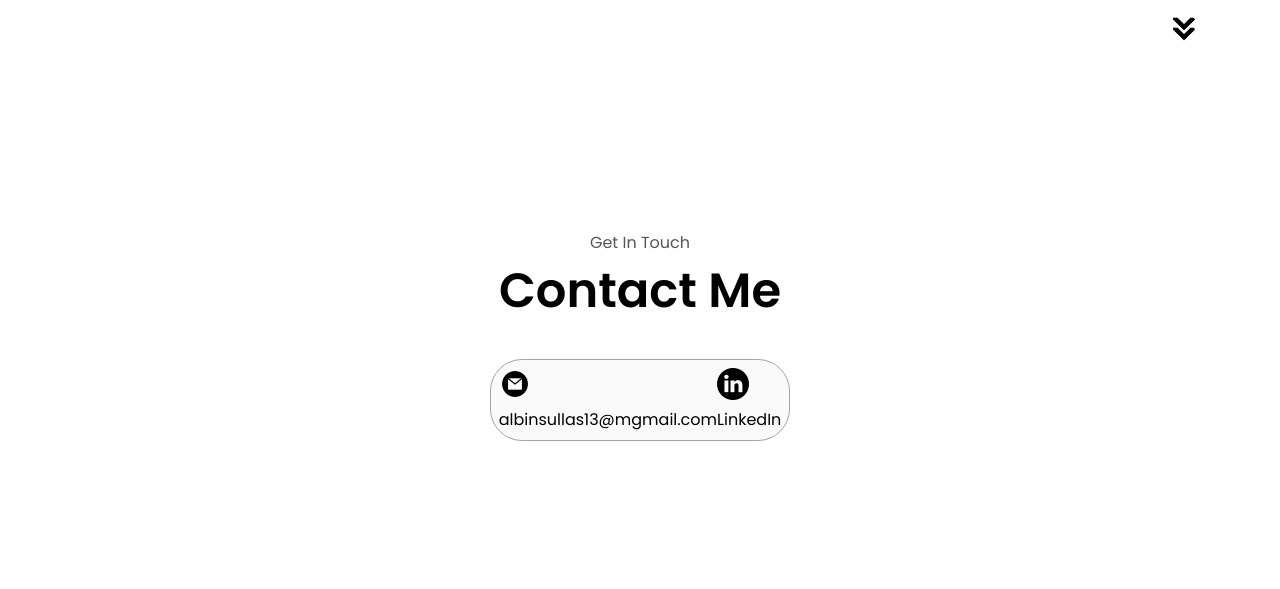
Repository: albinsabu2023/albinsabu
Page: index.html
These files come from the project's save history. The page is drawn as it stood at one moment and after the next save; the edit follows.
The browser window is 1280 px wide. The pictures show the part of the page from y = 2687 to 3276 px (the page is 3276 px tall).
A picture or video elsewhere on the page could not be fetched, so the positions and the page height are approximate.

Above is the page before, as saved 2023-08-30 13:52:16.

### index.html
<!DOCTYPE html>
<html lang="en">
<link>
    <meta charset="UTF-8">
    <meta name="viewport" content="width=device-width, initial-scale=1.0">
    <title>Albin Sabu</title>
    <link rel="stylesheet" href="style.css"/>
    <link rel="stylesheet" href="mediaqueries.css">
</head>
<body>
    <nav id="desktop-nav">
        <div class="logo">
            ALBIN SABU
        </div>
        <div>
            <ul class="nav-links">
                <li><a href="#about">About</a></li>
                <li><a href="#experience">Experience</a></li>
                <li><a href="#project">Project</a></li>
                <li><a href="#contact">Contact</a></li>
            </ul>
        </div>
    </nav>
    <nav id="hamburger-nav">
        <div clas="logo"> ALBIN SABU</div>
        <div class="hamburger-menu">
            <div class="hamburger-icon" onclick="toggleMenu()">
                <span></span>
                <span></span>
                <span></span>
            </div>
            <div class="menu-links">
                <li><a href="#about" onclick="toggleMenu()">About</a></li>
                <li><a href="#about" onclick="toggleMenu()">Experience</a></li>
                <li><a href="#about" onclick="toggleMenu()">Project</a></li>
                <li><a href="#about" onclick="toggleMenu()">Contact</a></li>
            </div>
        </div>
    </nav>
    <section id="profile">
        <div class="section__pic-container">
            <img src="./assets/Albin Sabu2.png" alt="profile-pic">
        </div>
        <div class="section__text">
            <p class="section__text__p1">Hello ,I'm</p>
            <h1 class="title">Albin Sabu</h1>
            <p class="section__text__p2">Software Developer</p>
            <div class="btn_container">
                <button class="btn btn-color-2" onclick="window.open('./assets/Albin sabu.pdf')">Download CV</button>
                <button class="btn btn-color-1" onclick="location.href='#contact'">Contact Info</button>
            </div>
            <div id="social-container">
                <img src="./assets/linkedin.png" alt="My Linkedin Profile" class="icon" onclick="location.href='https://www.linkedin.com/in/albin-sabu-377798230'">
                <img src="./assets/github.png" alt="My Github Profile" class="icon" onclick="location.href='https://github.com/albinsabu2023'">

            </div>
        </div>
    </section>
    <section id="about">
        <p class="section__text__p1">Get To Know More</p>
        <h1 class="title">About Me</h1>
        <div class="section-container">
            <div class="section__pic-container">
                <img src="./assets/ull.png" alt="profilepicture" class="about-pic">
            </div>
            <div class="about-details-container">
                <div class="about-container">
                    <div class="details-container">
                        <img src="./assets/experience.png" alt="experience icon" class="icon">
                        <h3>Experience</h3>
                        <p>Full Stack Developer</p>
                    </div>
                    <div class="details-container">
                        <img src="./assets/education.png" alt="experience icon" class="icon">
                        <h3>Education</h3>
                        <p>B.Tech in Computer Science</p>
                    </div>
                </div>
                <div class="text-container">
                    <p>Greetings! I'm Albin Sabu, a dedicated Fullstack developer and final year Computer Science Engineering student. Hailing
                    from the serene landscapes of Kottayam, Kerala, India, I'm driven by a love for learning, a passion for playing
                    football, and traveling. My skill set encompasses rapid learning, astute critical thinking, and adept
                    problem-solving.  I'm poised to create meaningful
                    contributions in the world of development.
                    </p>
                </div>
            </div>
        </div>
        <!-- onclick="locaiton.href='./#experience'" -->
       <img src="./assets/arrow.png" alt="arrow" class="icon arrow" >
    </section>
    <section id="experience">
        <p class="section__text__p1">Explore My</p>
        <h1 class="title">Experience</h1>
        <div class="experience-details-container">
            <div class="about-container">
                <div class="details-container">
                    <h2 class="experience-sub-title">FrontEnd</h2>
                    <div class="article-container">
                        <article>
                            <img src="./assets/checkmark.png" alt="experience-icon" class="icon">
                            <div>
                                <h3>HTML</h3>
                                <p>Experienced</p>
                            </div>
                        </article>
                        <article>
                            <img src="./assets/checkmark.png" alt="experience-icon" class="icon">
                            <div>
                                <h3>CSS</h3>
                                <p>Experienced</p>
                            </div>
                        </article>
                        <article>
                            <img src="./assets/checkmark.png" alt="experience-icon" class="icon">
                            <div>
                                <h3>Javascript</h3>
                                <p>Experienced</p>
                            </div>
                        </article>
                        <article>
                            <img src="./assets/checkmark.png" alt="experience-icon" class="icon">
                            <div>
                                <h3>Typescript</h3>
                                <p>Experienced</p>
                            </div>
                        </article>
                        <article>
                            <img src="./assets/checkmark.png" alt="experience-icon" class="icon">
                            <div>
                                <h3>NextJS</h3>
                                <p>Experienced</p>
                            </div>
                        </article>

                    </div>
                </div>
                <div class="details-container">
                    <h2 class="experience-sub-title">Backend</h2>
                    <div class="article-container">
                        <article>
                            <img src="./assets/checkmark.png" alt="experience-icon" class="icon">
                            <div>
                                <h3>Node.Js</h3>
                                <p>Experienced</p>
                            </div>
                        </article>
                        <article>
                            <img src="./assets/checkmark.png" alt="experience-icon" class="icon">
                            <div>
                                <h3>MongoDB</h3>
                                <p>Experienced</p>
                            </div>
                        </article>

                        <article>
                            <img src="./assets/checkmark.png" alt="experience-icon" class="icon">
                            <div>
                                <h3>Express.Js</h3>
                                <p>Intermediate</p>
                            </div>
                        </article>
                        <article>
                            <img src="./assets/checkmark.png" alt="experience-icon" class="icon">
                            <div>
                                <h3>Git</h3>
                                <p>Experienced</p>
                            </div>
                        </article>
                        <article>
                            <img src="./assets/checkmark.png" alt="experience-icon" class="icon">
                            <div>
                                <h3>firebase</h3>
                                <p>Experienced</p>
                            </div>
                        </article>

                    </div>
                </div>
            </div>
        </div>
        <img src="./assets/arrow.png" alt="arrow" class="icon arrow">
    </section>
    <section id="project">
        <p class="section__text__p1">Browse My Recent</p>
        <h1 class="title">Projects</h1>
        <div class="experience-details-container">
            <div class="about-container">
                <div class="details-container color-container">
                    <div class="article-container">
                        <img src="./assets/project-1.png" alt="project1" class="project-img">
                    </div>
                    <h2 class="experience-sub-title project-title" onclick="location.href=''">Project One</h2>
                    <div class="btn-container">
                        <button class="btn btn-color-2 project-btn">
                            Github
                        </button>

                    </div>
                </div>
                <div class="details-container color-container">
                    <div class="article-container">
                        <img src="./assets/project-2.png" alt="project1" class="project-img">
                    </div>
                    <h2 class="experience-sub-title project-title" onclick="location.href=''">Project Two</h2>
                    <div class="btn-container">
                        <button class="btn btn-color-2 project-btn">
                            Github
                        </button>

                    </div>
                </div>
                <div class="details-container color-container">
                    <div class="article-container">
                        <img src="./assets/project-3.png" alt="project1" class="project-img">
                    </div>
                    <h2 class="experience-sub-title project-title" onclick="location.href=''">Project Three</h2>
                    <div class="btn-container">
                        <button class="btn btn-color-2 project-btn">
                            Github
                        </button>

                    </div>
                </div>
            </div>
        </div>
        <img src="./assets/arrow.png" alt="arrow" class="icon arrow">
    </section >
    <section id="contact">
        <p class="section__text__p1">Get In Touch</p>
        <h1 class="title">Contact Me</h1>
        <div class="contact-info-upper-container">
            <div class="contact-info-container">
                <img src="./assets/email.png" alt="email icon" class="icon contact-icon">
                <p><a href="mailto:albinsullas13@gmail.com">albinsullas13@mgmail.com</a></p>
            </div>
            <div class="contact-info-container">
                <img src="./assets/linkedin.png" alt="linkdin icon" class="icon contact-icon">
                <p><a href="https://www.linkedin.com/in/albin-sabu-377798230">LinkedIn</a></p>
            </div>
        </div>


    </section>
    <script src="script.js"></script>
</body>
</html>

### style.css
@import url('https://fonts.googleapis.com/css2?family=Poppins:ital,wght@0,300;0,400;0,500;0,600;1,200;1,300;1,500;1,600&display=swap');

* {
    margin: 0;
    padding: 0;
}

body {
    font-family: 'Poppins', sans-serif;
}

html {
    scroll-behavior: smooth;
}

p {
    color: rgb(85, 85, 85);
}

a,
.btn {
    transition: all 300ms ease
}

/* Desktop navigation */
nav,
.nav-links {
    display: flex;

}

nav {
    justify-content: space-around;
    align-items: center;
    height: 17vh;

}

.nav-links {
    gap: 2rem;
    list-style: none;
    font-size: 1.5rem;
}
a{
    color:black;
    text-decoration: none;
    text-decoration-color: white;
}

a:hover{
    color:gray;
    text-decoration:underline;
    text-underline-offset:1rem ;
    text-decoration-color:rgb(181,181,181);
}

.logo{
    font-size:2rem;
}

#hamburger-nav{
    display:none;
}
.hamburger-menu{
    position: relative;
    display:inline-block;
}
.hamburger-icon{
    display: flex;
    flex-direction: column;
    justify-content: space-between;
    height: 24px;
    width: 30px;
    cursor: pointer;
}

.hamburger-icon span{
    width:100%;
    height: 2px;
    background-color: black;
    transition: all 0.3 ease-in-out;
}

.menu-links{
    position:absolute;
    top:100%;
    right:0%;

    width: fit-content;
    max-height: 0;
    overflow: hidden;
    transition: all 0.3 ease-in-out;
}

.menu-links{
    display: block;
    padding: 10px;
    text-align: center;
    font-size: 1.5rem;
    color: black;
    text-decoration: none;
    transform: all 0.3 ease-in-out;
}

.menu-links li{
    list-style: none;

}

.menu-links.open{
    max-height: 300px;
}

.hamburger-icon.open span:first-child{
    transform:rotate(45deg) translate(10px,5px);
}
.hamburger-icon.open span:nth-child(2){
   opacity:0;
}
.hamburger-icon.open span:last-child{
    transform:rotate(-45deg) translate(10px,-5px);
}

.hamburger-icon span:first-child{
    transform: none;
}
.hamburger-icon span:first-child{
    opacity:1;
}
.hamburger-icon span:first-child{
    transform: none;
}

section{
    padding-top:4vh ;
    height: 96vh;
    margin: 0 10rem;
    box-sizing: border-box;
    min-height: fit-content;
}

.section-container{
    display: flex;
}

#profile{
    display: flex;
    justify-content: center;
    gap: 5rem;
    height:  80vh;
}

.section__pic-container{
    display: flex;
    height: 400px;
    width: 400px;
    margin: auto 0;
}

.section__text{

    align-self:center;
    text-align: center;
}

.section__text p{
    font-weight: 600;
}
.section__text__p1{
    text-align: center;

}
.section__text__p2 {

    font-size: 1.75rem;
    margin-bottom: 1rem;
}

.title{
    font-size:3rem;
    text-align: center;
}
#social-container{
    display: flex;
    justify-content: center;
    margin-top: 1rem;
    gap: 1rem;
}

/* icon */
.icon{
    cursor: pointer;
    height: 2rem;
}

.btn-container{
    display: flex;
    justify-content:center;
    gap: 1rem;
}
.btn{
    font-weight: 600;
    transition: all 300ms ease;
    padding: 1rem;
    width: 8rem;
    border-radius: 2rem;

}

.btn-color-1,.btn-color-2{
    border:rgb(53,53,53) 0.1rem solid;
}
.btn-color-1:hover,
.btn-color-2:hover {
   cursor:pointer
}
.btn-color-1,
.btn-color-2:hover {
   background: rgb(53,53,53);
   color: white;
}

.btn-color-1:hover{
    background-color: rgb(0,0,0);

}
.btn-color-2{
    background:none
    ;
}
.btn-color-2:hover{
    border:rgb(255,255,255) 0.1rem solid;
}

/* About section */

#about{
    position: relative;
}
.about-container{
    gap:2rem;
    margin-bottom:2rem ;
    margin-top: 2rem;
}
.about-details-container{
    justify-content: center;
    flex-direction: column;
}

.about-container,.about-details-container{
    display: flex;
}

.about-pic{
    border-radius: 2rem;

}
.arrow{
    position:absolute;
    right:-5rem;
    bottom:2.5rem;
}

.details-container{
    padding:1.5rem ;
    flex: 1;
    background: white;
    border-radius: 2rem;
    border: rgb(53,53,53) 0.1rem solid;
    border-color: rgb(163,163,163);
    text-align: center;

}

.section-container{
    gap: 4rem;
    height: 80%;
}

.section__pic-container{
    height: 300px;
    width:300px ;
    margin:auto 0;
}

/* experience */

#experience{
    position:relative;
}

.experience-sub-title{
    color:rgb(85,85,85);
    font-weight: 600;
    font-size: 1.75rem;
    margin-bottom:2rem;
}

.experience-details-container{
    display: flex;
    justify-content: center;
    flex-direction: column;
}
.article-container{
    display: flex;
    text-align: initial;
    flex-wrap: wrap;
    flex-direction: row;
    gap: 2.5rem;
    justify-content: space-around;
}

article{
    display: flex;
    width: 10rem;
    justify-content: space-around;
    gap:0.5rem ;
}

.article .icon{
    cursor:default;
}

/* project */

#project{
    position: relative;
}

.color-container{
    border-color: rgb(163,163,163);
    background: rgb(250,250,250);
}
.project-img{
    border-radius: 2rem;
    width: 90%;
    height: 90%;
}
.project-title{
    margin: 1rem;
    color:black;
}

.project-btn{
    color: black;
    border-color: rgb(163, 163, 163);
}

#contact{
    display: flex;
    justify-content: center;
    flex-direction: column;
    height: 70vh;

}

.contact-info-upper-container{
    display: flex;
    justify-content: center;
    border-radius:2rem ;
    border: rgb(53,53,53) 0.1rem solid;
    border-color: rgb(163, 163, 163);
    background: rgb(250,250,250);
    margin: 2rem auto;
    padding: 0.5rem;
}

### mediaqueries.css
@media screen and (max-width:1200px){
    #desktop-nav{
        display: none;
    }
    #hamburger-nav{
        display: flex;
    }
}

Loaded but not shown: script.js (common file)

After the next save:
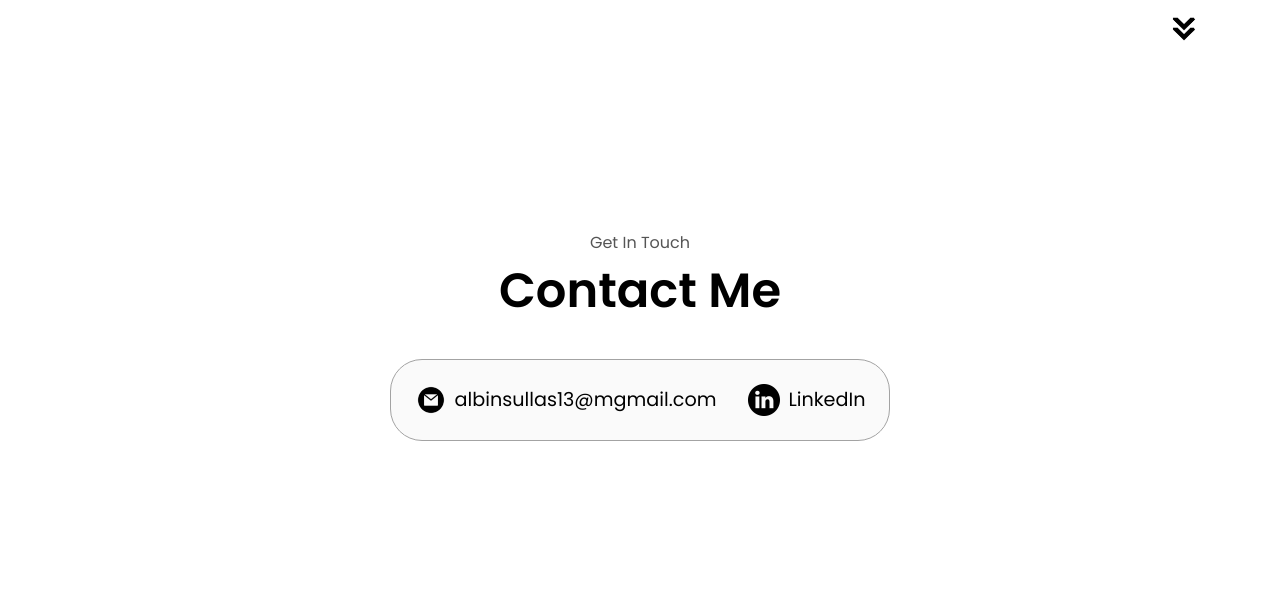
Saved 3 min 35 s later.
--- a/style.css
+++ b/style.css
@@ -364,3 +364,20 @@ article{
     margin: 2rem auto;
     padding: 0.5rem;
 }
+
+.contact-info-container{
+    display: flex;
+    align-items: center;
+    justify-content: center;
+    gap: 0.5rem;
+    margin: 1rem;
+}
+
+.contact-info-container p{
+    font-size: larger;
+
+}
+.contact-icon{
+    cursor:default;
+    height: 2rem;
+}
